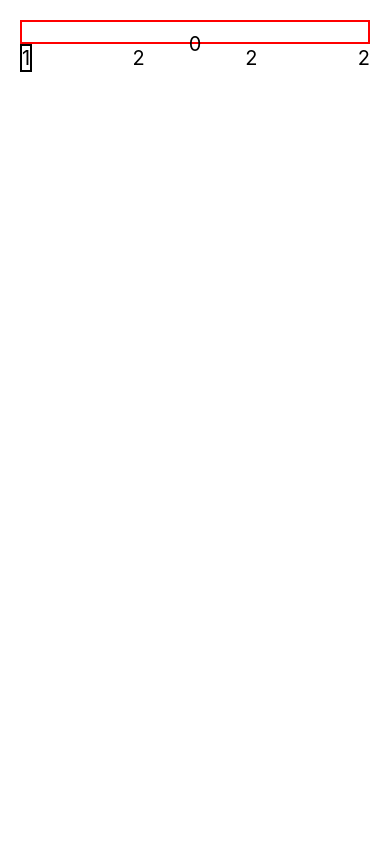
Repository: jeanphael/MyAppReact
Screen: /
These files come from the project's save history. The screen is drawn as it stood at one moment and after the next save; the edit follows.
The app was drawn by React Native's web renderer in a window 390 px wide. The project was rebuilt for these pictures with package versions that can differ from the ones it lists, and the page was loaded fresh each time. Some packages were replaced by stand-ins written for this rebuild.

Above is the screen before, as saved 2021-10-14 10:35:36.

After the next save:
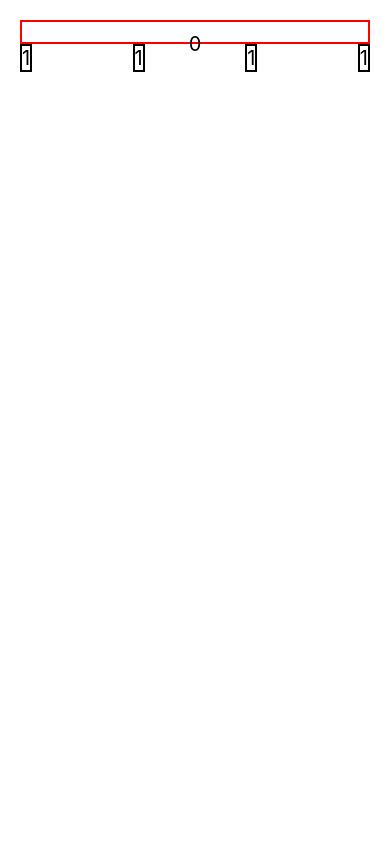
Saved 24 s later.
--- a/App.js
+++ b/App.js
@@ -27,15 +27,24 @@ export default class App extends React.Component {
               1
             </Text>
           </TouchableOpacity>
-          <Text style={{ fontSize: 20, alignSelf: 'center' }}>
-            2
-          </Text>
-          <Text style={{ fontSize: 20, alignSelf: 'center' }}>
-            2
-          </Text>
-          <Text style={{ fontSize: 20, alignSelf: 'center' }}>
-            2
-          </Text>
+          <TouchableOpacity style={{borderColor:'grew',borderWidth:2}}>
+
+            <Text style={{ fontSize: 20, alignSelf: 'center' }}>
+              1
+            </Text>
+          </TouchableOpacity>
+          <TouchableOpacity style={{borderColor:'grew',borderWidth:2}}>
+
+            <Text style={{ fontSize: 20, alignSelf: 'center' }}>
+              1
+            </Text>
+          </TouchableOpacity>
+          <TouchableOpacity style={{borderColor:'grew',borderWidth:2}}>
+
+            <Text style={{ fontSize: 20, alignSelf: 'center' }}>
+              1
+            </Text>
+          </TouchableOpacity>
         </View>
       </View>
 
